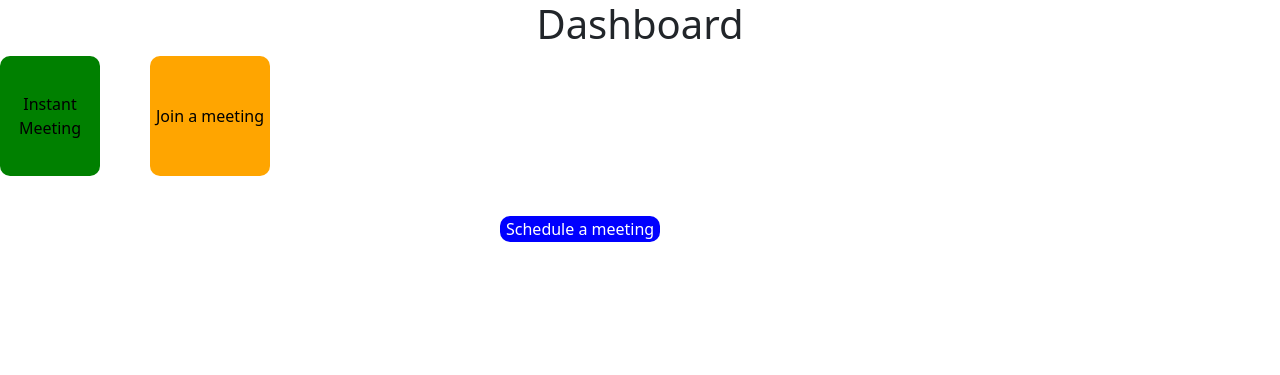
Repository: sreech465/myexam
Page: /
An editor plug-in stored every save of this project. The page is shown before and after the next save, followed by the edit.
The browser window is 1280 px wide. The pictures show the whole page.
The project was rebuilt for these pictures with package versions that can differ from the ones it lists, and the page was loaded fresh each time. Also part of the build but not shown: src/Jmeet.js, src/Smeet.js, src/Joinmeet.js.

Above is the page before, as saved 2023-01-14 17:30:04.

### src/App.js
import logo from "./logo.svg";
import "./App.css";
import Details from "./Details";
import { BrowserRouter } from "react-router-dom";
import { Routes, Route } from "react-router-dom";
import Jmeet from "./Jmeet";
import Smeet from "./Smeet";
import "bootstrap/dist/css/bootstrap.min.css";
import Joinmeet from "./Joinmeet";

function App() {
  return (
    <>
      <div className="App">
        <BrowserRouter>
          <Routes>
            <Route path="/" element={<Details />} />
            <Route path="/jmeet" element={<Jmeet />} />
            <Route path="/smeet" element={<Smeet />} />
            <Route path="/join" element={<Joinmeet />} />
          </Routes>
        </BrowserRouter>
      </div>
    </>
  );
}

export default App;

### src/Details.js
import React from "react";

import { useNavigate } from "react-router-dom";

const Details = () => {
  const navigate = useNavigate();

  const handleJoin = () => {
    navigate("/jmeet");
  };

  const handleSchedule = () => {
    navigate("/smeet");
  };

  return (
    <div className="App">
      <h1>Dashboard</h1>
      <div style={{ display: "flex" }}>
        <button
          style={{
            backgroundColor: "green",
            marginRight: 50,
            border: "none",
            borderRadius: 10,
            width: 100,
            height: 120,
          }}
        >
          Instant Meeting
        </button>
        <button
          style={{
            backgroundColor: "orange",
            border: "none",
            borderRadius: 10,
          }}
          onClick={handleJoin}
        >
          Join a meeting
        </button>
      </div>
      <button
        style={{
          backgroundColor: "blue",
          color: "white",
          border: "none",
          marginTop: 40,
          position: "fixed",
          left: 500,
          borderRadius: 10,
          justifyContent: "center",
        }}
        onClick={handleSchedule}
      >
        Schedule a meeting
      </button>
    </div>
  );
};

export default Details;

Loaded but not shown: public/index.html (common file); src/index.js (common file); src/index.css (common file); src/reportWebVitals.js (common file); src/App.css (common file)

After the next save:
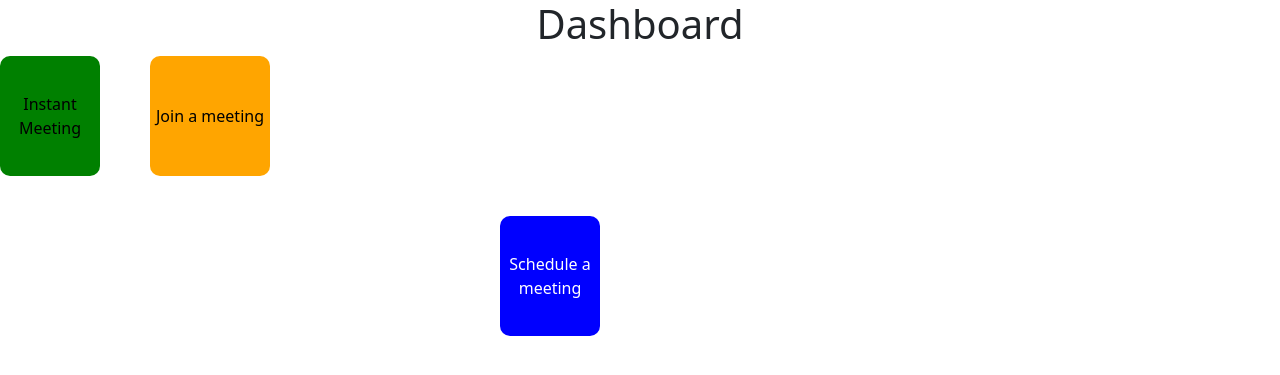
Saved 27 s later.
--- a/src/Details.js
+++ b/src/Details.js
@@ -50,6 +50,8 @@ const Details = () => {
           left: 500,
           borderRadius: 10,
           justifyContent: "center",
+          width: 100,
+          height: 120,
         }}
         onClick={handleSchedule}
       >
